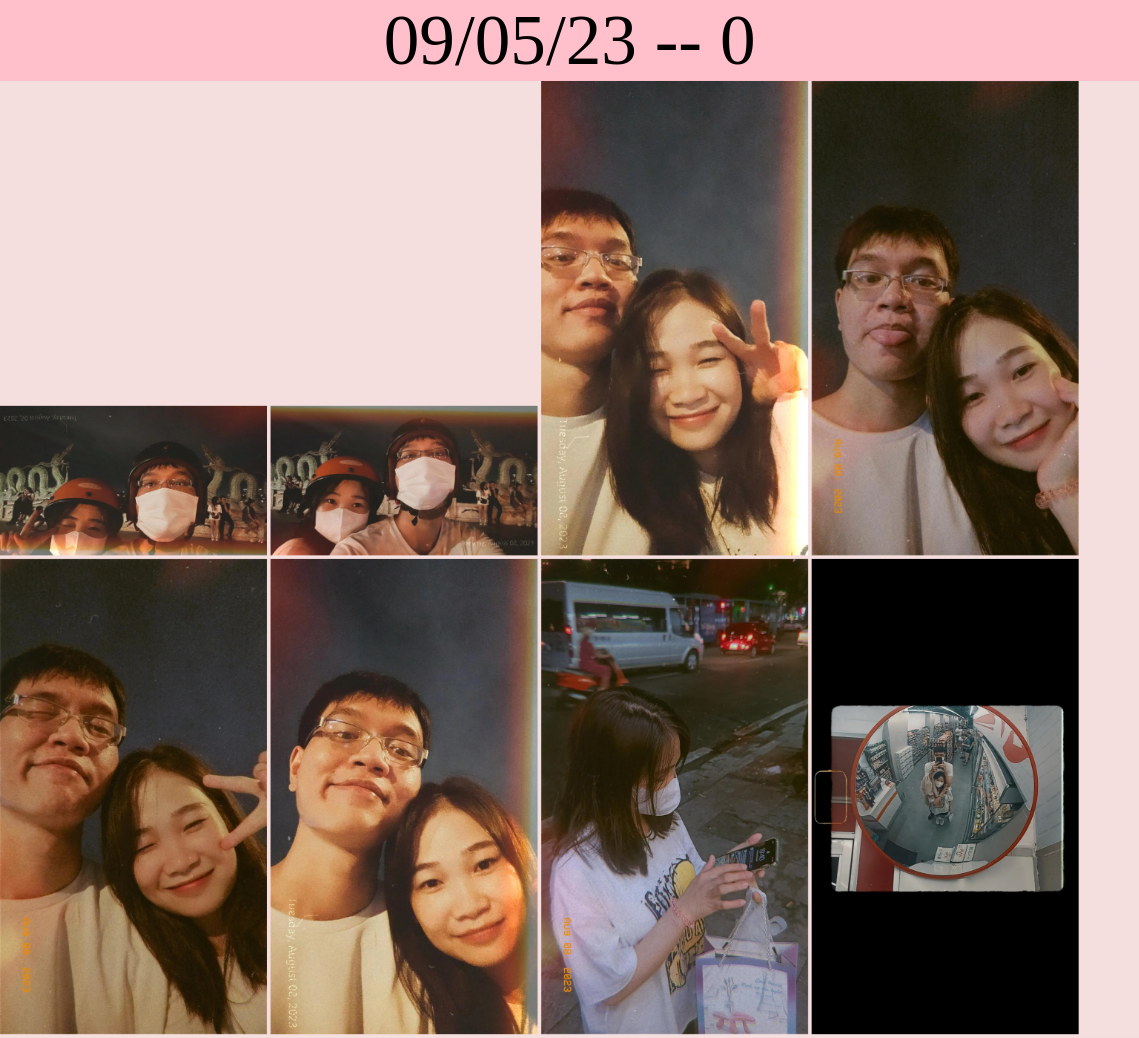
Repository: Hanhanh06/0907
Page: code/0908.html
The author's editor kept a copy of each file at every save. The page is drawn from the files as they stood at one save, then again after a run of saves.
The browser window is 1280 px wide. The pictures show the whole page, at 89% of full size.

Above is the page before, as saved 2023-08-11 17:21:24.

After the next 3 saves:
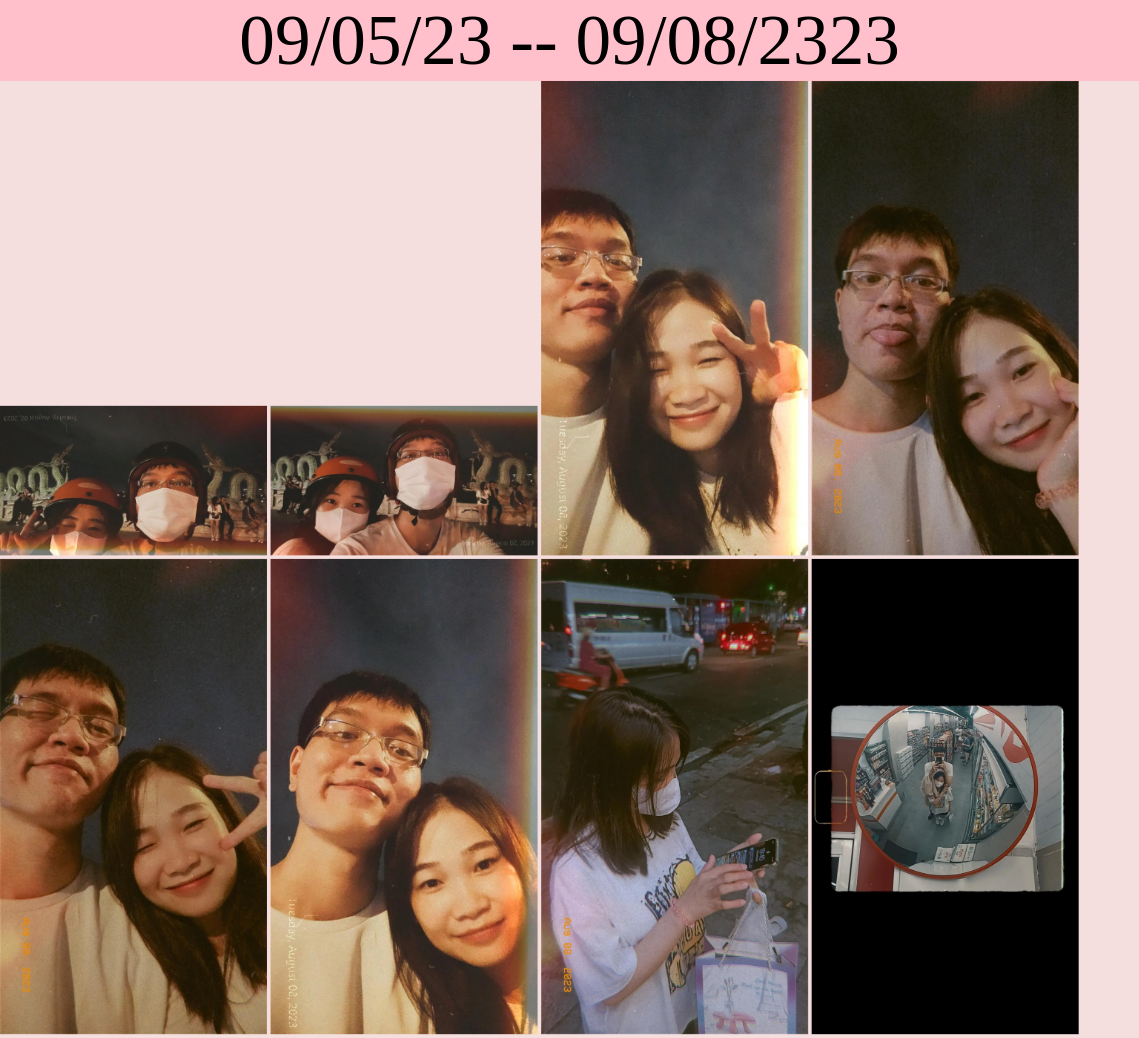
The 3 saves are shown as one change because they came seconds apart.
The last was saved 7 s later.
--- a/code/0908.html
+++ b/code/0908.html
@@ -27,7 +27,7 @@
         </head>
         <body>
 
-        <center> <div style="background-color: pink; font-size: 80px; "> 09/05/23 -- 0</div></center>
+        <center> <div style="background-color: pink; font-size: 80px; "> 09/05/23 -- 09/08/2323</div></center>
        <img src="001.jpg" alt="Hình ảnh không tồn tại" width="300px" >
        <!-- <p style="color: crimson;font-size: 16px;"> đi Hồ Tây nè! </p> -->
        <img src="002.jpg" alt="Hình ảnh không tồn tại" width="300px">
